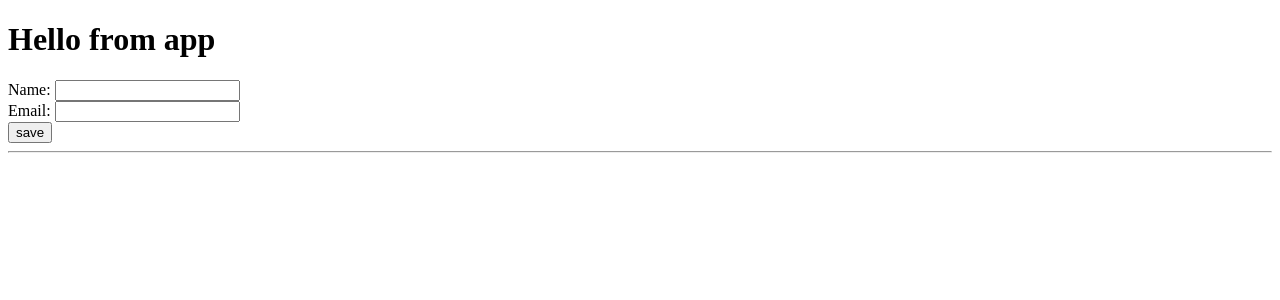
Repository: 1sanjeetsharma/cult-fit-clone
Page: /
The author's editor kept a copy of each file at every save. The page is drawn from the files as they stood at one save, then again after the next save.
The browser window is 1280 px wide. The pictures show the whole page.
The project was rebuilt for these pictures with package versions that can differ from the ones it lists, and the page was loaded fresh each time. Also part of the build but not shown: vite.config.js, src/saveshow.css.

Above is the page before, as saved 2023-06-12 13:12:34.

### src/App.jsx
// import Add from "./Add";
import SaveShow from "./SaveShow";
function App() {
  return (
    <>
      <h1>Hello from app</h1>
      {/* <Add /> */}
      <SaveShow />
    </>
  );
}

export default App;

### src/SaveShow.jsx
import { Component } from "react";
import "./saveshow.css";
class SaveShow extends Component {
  state = { arr: [], name: "", email: "" };
  handlechange = (evt) => {
    this.setState({ ...this.state, [evt.target.name]: evt.target.value });
  };
  handleClick = () => {
    const rcds = [...this.state.arr];
    rcds.push({ name: this.state.name, email: this.state.email });
    this.setState({ ...this.state, arr: [...rcds], email: "", name: "" });
  };
  render = () => {
    return (
      <>
        Name:{" "}
        <input
          type="text"
          name="name"
          onChange={(e) => {
            this.handlechange(e);
          }}
        />
        <br />
        Email:{" "}
        <input
          type="text"
          name="email"
          onChange={(e) => {
            this.handlechange(e);
          }}
        />
        <br />
        <input type="button" value="save" onClick={this.handleClick} />
        <hr />
        {this.state.arr.map((row, i) => {
          return <div className="box" key={i}></div>;
        })}
      </>
    );
  };
}
export default SaveShow;

Loaded but not shown: index.html (common file); src/main.jsx (common file)

After the next save:
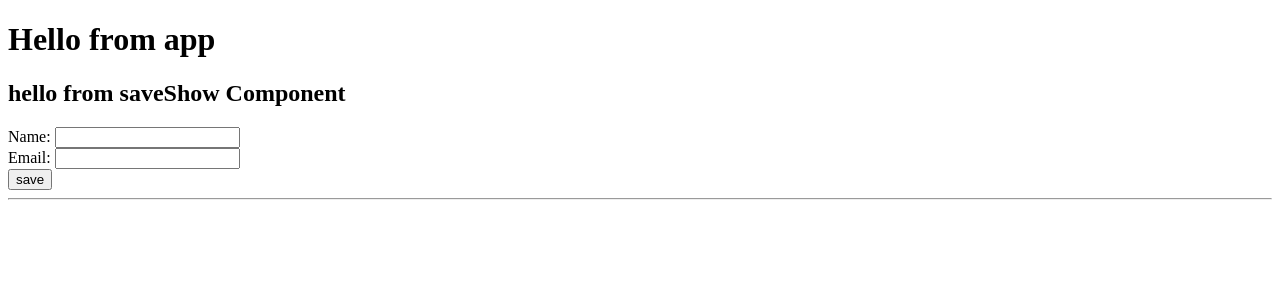
Saved 27 s later.
--- a/src/SaveShow.jsx
+++ b/src/SaveShow.jsx
@@ -13,6 +13,7 @@ class SaveShow extends Component {
   render = () => {
     return (
       <>
+        <h2>hello from saveShow Component</h2>
         Name:{" "}
         <input
           type="text"
